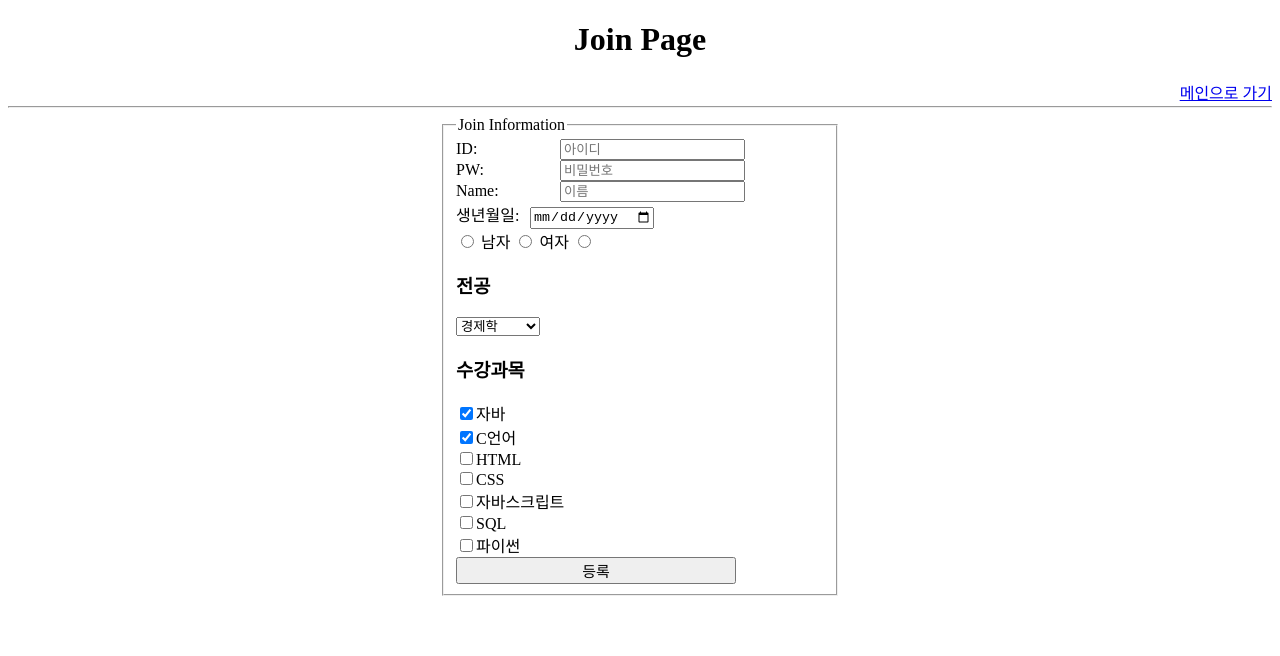
Repository: ByeonYJ/CSSTest
Page: GMSUI/WebContent/member/join.html
These files come from the project's save history. The page is drawn as it stood at one moment and after the next save; the edit follows.
The browser window is 1280 px wide. The pictures show the whole page.

Above is the page before, as saved 2017-07-20 03:29:25.

### GMSUI/WebContent/member/join.html
<!DOCTYPE html>
<html>
<head>
<meta charset="UTF-8">
<title>Insert title here</title>
<style>
.text-center{text-align: center;}
.border-black{border: 1px solid black;}
.width-30pro{width:30%}
.text-deco-none{text-decoration: none;}
.table-border{border-collapse: collapse;}
.margin-auto{margin:0 auto;}
.list-none{list-style-type:none;}
.inline-block{display:inline-block}
.bgcolor-yellow{background-color:yellow;}
.bgcolor-red{background-color:red;}
.bgcolor-blue{background-color:blue;}
.float-right{float:right}
</style>
</head>
<body>
<div id="wrapper" class="width-100pro">
<h1 style="text-align: center;">Join Page</h1>
<a href="..index.html"class="float-right">메인으로 가기</a><br/>
<hr/>
</div>
<div id="container" class="margin-auto" style="width: 400px">
	<form id="join_form "action="">
		<fieldset>
		<legend>Join Information</legend>
			<span style="width: 100px; display: inline-block;">ID: </span>
			<input name="id" type="text" placeholder="아이디" /><br />
			<span style="width: 100px; display: inline-block;">PW: </span>
			<input name="password" type="password" placeholder="비밀번호"/><br />
			<span style="width: 100px; display: inline-block;">Name: </span>
			<input name="name" type="text" placeholder="이름"/><br />
			<span style="width: 70px; display: inline-block;">생년월일: </span>
			<input name="birthday" type="date" placeholder="생년월일"/><br />
			<input type="radio" name="gender" value="male"/> 남자
			<input type="radio" name="gender" value="female"/> 여자
			<input type="radio" name="gender" value="female"/>
			<br />
			<h3>전공</h3>
			<select name=major"" id="">
				<option value="computer" >컴퓨터공학</option>
				<option value="economics" selected="selected">경제학</option>
				<option value="tourism">관광학</option>
				<option value="art">미술학</option>
			</select><br />
			<h3>수강과목</h3>
			<input type="checkbox" name="subject" value="java" checked/>자바<br />
			<input type="checkbox" name="subject" value="c" checked/>C언어<br />
			<input type="checkbox" name="subject" value="html"/>HTML<br />
			<input type="checkbox" name="subject" value="css"/>CSS<br />
			<input type="checkbox" name="subject" value="javascript"/>자바스크립트<br />
			<input type="checkbox" name="subject" value="sql"/>SQL<br />
			<input type="checkbox" name="subject" value="python"/>파이썬<br />
			<input type="submit" value="등록" style="bgcolor-blue color: white; font-size: 15px; width: 280px;/>
			<input type="reset" value="취소" style="bgcolor-red color: white; font-size: 15px; width: 280px;"/>
		</fieldset>
	</form>
</div>
</div>
</body>
</html>

After the next save:
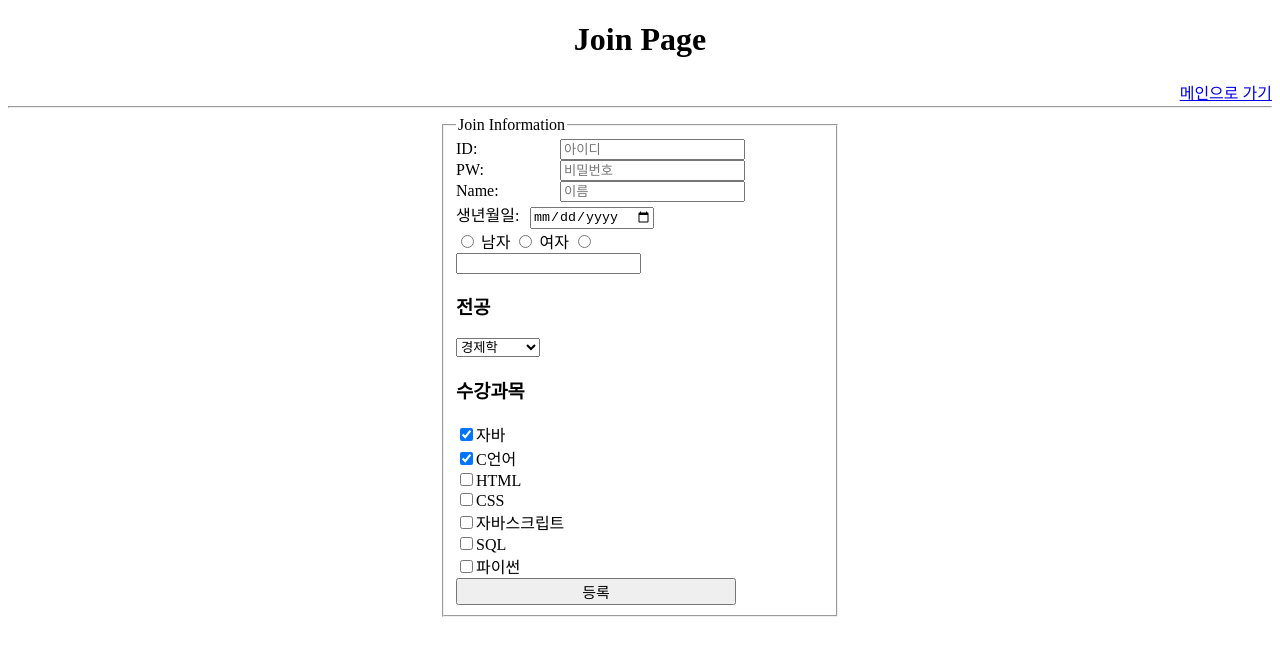
Saved 53 s later.
--- a/GMSUI/WebContent/member/join.html
+++ b/GMSUI/WebContent/member/join.html
@@ -40,6 +40,7 @@
 			<input type="radio" name="gender" value="female"/> 여자
 			<input type="radio" name="gender" value="female"/>
 			<br />
+			<input type="email" name="email"/>
 			<h3>전공</h3>
 			<select name=major"" id="">
 				<option value="computer" >컴퓨터공학</option>
